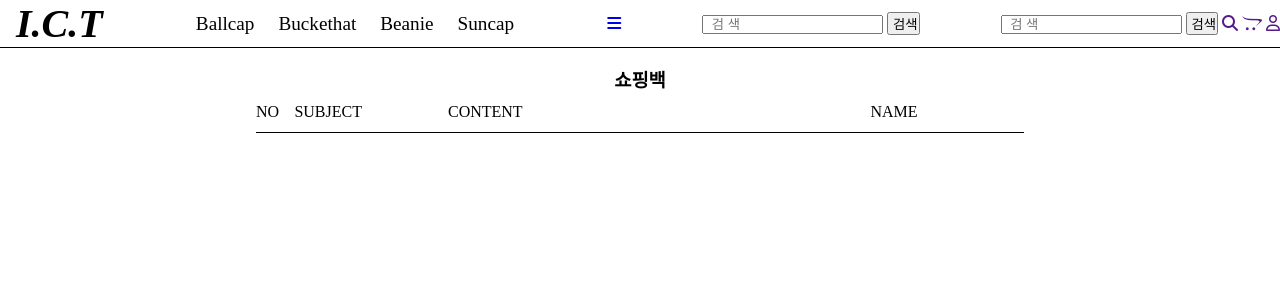
Repository: Developer120000/project1
Page: http://localhost/project1/productpage/q_a.jsp
These files come from the project's save history. The page is drawn as it stood at one moment and after the next save; the edit follows.
The browser window is 1280 px wide. The pictures show the whole page.
Some web libraries are served in a nearby version. The page is served by Tomcat 9.

Above is the page before, as saved 2024-03-19 08:41:24.
Console error: SyntaxError: Identifier 'hamburger' has already been declared

After the next save:
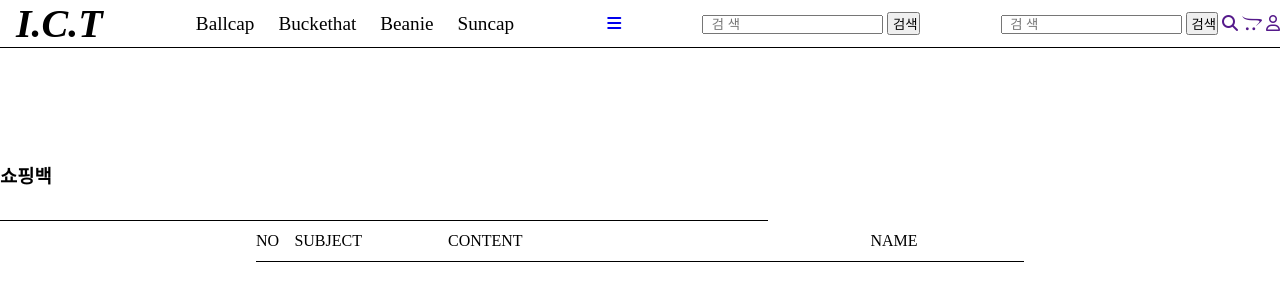
Saved 96 s later.
--- a/project1/src/main/webapp/productpage/q_a.jsp
+++ b/project1/src/main/webapp/productpage/q_a.jsp
@@ -13,8 +13,8 @@
 </head>
 <body>
 	<div class="qcontainer">
+			<h3 class="qtitle">쇼핑백</h3>
 		<div class="qwrapper">
-			<h3 class="Q & A">쇼핑백</h3>
 			<ul class="qau">
 				<li class="qal">NO</li>
 				<li class="qal">SUBJECT</li>
